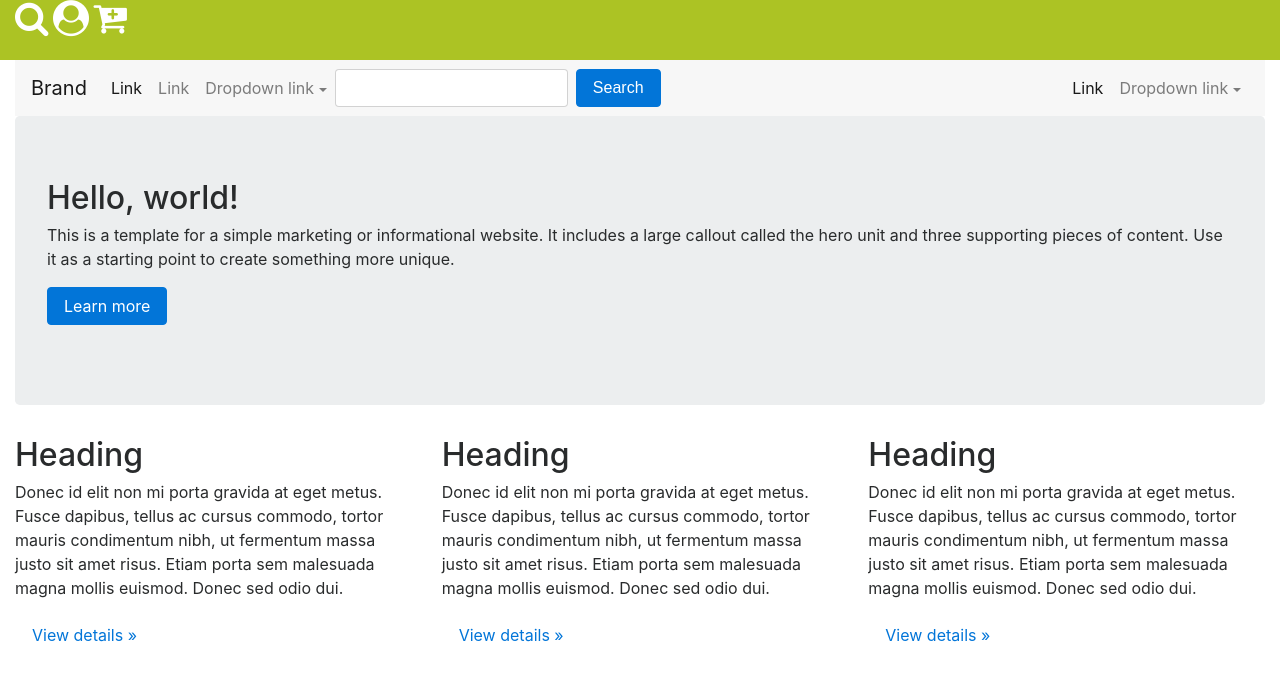
Repository: rajmohanr/mobile
Page: index.html
An editor plug-in stored every save of this project. The page is shown before and after the next save, followed by the edit.
The browser window is 1280 px wide. The pictures show the whole page.

Above is the page before, as saved 2018-03-31 11:16:13.
Console error (its wording comes from the project's code and is left out).

### index.html
<!DOCTYPE html>
<html lang="en">
  <head>
    <meta charset="utf-8">
    <meta http-equiv="X-UA-Compatible" content="IE=edge">
    <meta name="viewport" content="width=device-width, initial-scale=1">

    <title>Bootstrap 4, from LayoutIt!</title>

    <meta name="description" content="Source code generated using layoutit.com">
    <meta name="author" content="LayoutIt!">

    <link href="css/bootstrap.min.css" rel="stylesheet">
	<link href="css/style.css" rel="stylesheet">
	<link rel="stylesheet" href="https://cdnjs.cloudflare.com/ajax/libs/font-awesome/4.7.0/css/font-awesome.min.css">

  </head>
  <body>

    <div class="container-fluid">
	<div class="row">
		<div class="col-md-12">
			<div class="row">
				<div class="col-md-12 top-bar">
					<a href="#" class="top-bar-icons"><i class="fa fa-search"  style="font-size:36px;color:white;"></i></a>
					<a href="#" class="top-bar-icons"><i class="fa fa-user-circle"  style="font-size:36px;color:white;"></i></a>
					<a href="#" class="top-bar-icons"><i class="fa fa-cart-plus"  style="font-size:36px;color:white;"></i></a>
				</div>
			</div>
			<nav class="navbar navbar-toggleable-md navbar-light bg-faded">

				<button class="navbar-toggler navbar-toggler-right" type="button" data-toggle="collapse" data-target="#bs-example-navbar-collapse-1">
					<span class="navbar-toggler-icon"></span>
				</button> <a class="navbar-brand" href="#">Brand</a>
				<div class="collapse navbar-collapse" id="bs-example-navbar-collapse-1">
					<ul class="navbar-nav">
						<li class="nav-item active">
							 <a class="nav-link" href="#">Link <span class="sr-only">(current)</span></a>
						</li>
						<li class="nav-item">
							 <a class="nav-link" href="#">Link</a>
						</li>
						<li class="nav-item dropdown">
							 <a class="nav-link dropdown-toggle" href="http://example.com" id="navbarDropdownMenuLink" data-toggle="dropdown">Dropdown link</a>
							<div class="dropdown-menu" aria-labelledby="navbarDropdownMenuLink">
								 <a class="dropdown-item" href="#">Action</a> <a class="dropdown-item" href="#">Another action</a> <a class="dropdown-item" href="#">Something else here</a>
								<div class="dropdown-divider">
								</div> <a class="dropdown-item" href="#">Separated link</a>
							</div>
						</li>
					</ul>
					<form class="form-inline">
						<input class="form-control mr-sm-2" type="text">
						<button class="btn btn-primary my-2 my-sm-0" type="submit">
							Search
						</button>
					</form>
					<ul class="navbar-nav ml-md-auto">
						<li class="nav-item active">
							 <a class="nav-link" href="#">Link <span class="sr-only">(current)</span></a>
						</li>
						<li class="nav-item dropdown">
							 <a class="nav-link dropdown-toggle" href="http://example.com" id="navbarDropdownMenuLink" data-toggle="dropdown">Dropdown link</a>
							<div class="dropdown-menu dropdown-menu-right" aria-labelledby="navbarDropdownMenuLink">
								 <a class="dropdown-item" href="#">Action</a> <a class="dropdown-item" href="#">Another action</a> <a class="dropdown-item" href="#">Something else here</a>
								<div class="dropdown-divider">
								</div> <a class="dropdown-item" href="#">Separated link</a>
							</div>
						</li>
					</ul>
				</div>
			</nav>
			<div class="jumbotron">
				<h2>
					Hello, world!
				</h2>
				<p>
					This is a template for a simple marketing or informational website. It includes a large callout called the hero unit and three supporting pieces of content. Use it as a starting point to create something more unique.
				</p>
				<p>
					<a class="btn btn-primary btn-large" href="#">Learn more</a>
				</p>
			</div>
		</div>
	</div>
	<div class="row">
		<div class="col-md-4">
			<h2>
				Heading
			</h2>
			<p>
				Donec id elit non mi porta gravida at eget metus. Fusce dapibus, tellus ac cursus commodo, tortor mauris condimentum nibh, ut fermentum massa justo sit amet risus. Etiam porta sem malesuada magna mollis euismod. Donec sed odio dui.
			</p>
			<p>
				<a class="btn" href="#">View details »</a>
			</p>
		</div>
		<div class="col-md-4">
			<h2>
				Heading
			</h2>
			<p>
				Donec id elit non mi porta gravida at eget metus. Fusce dapibus, tellus ac cursus commodo, tortor mauris condimentum nibh, ut fermentum massa justo sit amet risus. Etiam porta sem malesuada magna mollis euismod. Donec sed odio dui.
			</p>
			<p>
				<a class="btn" href="#">View details »</a>
			</p>
		</div>
		<div class="col-md-4">
			<h2>
				Heading
			</h2>
			<p>
				Donec id elit non mi porta gravida at eget metus. Fusce dapibus, tellus ac cursus commodo, tortor mauris condimentum nibh, ut fermentum massa justo sit amet risus. Etiam porta sem malesuada magna mollis euismod. Donec sed odio dui.
			</p>
			<p>
				<a class="btn" href="#">View details »</a>
			</p>
		</div>
	</div>
	<div class="row">
		<div class="col-md-12">
		</div>
	</div>
</div>

    <script src="js/jquery.min.js"></script>
    <script src="js/bootstrap.min.js"></script>
    <script src="js/scripts.js"></script>
  </body>
</html>

### css/style.css
.top-bar{
    height: 60px;
    background-color: #acc324;
}

Loaded but not shown: css/bootstrap.min.css (library); js/jquery.min.js (library); js/bootstrap.min.js (library); js/scripts.js (common file)

After the next save:
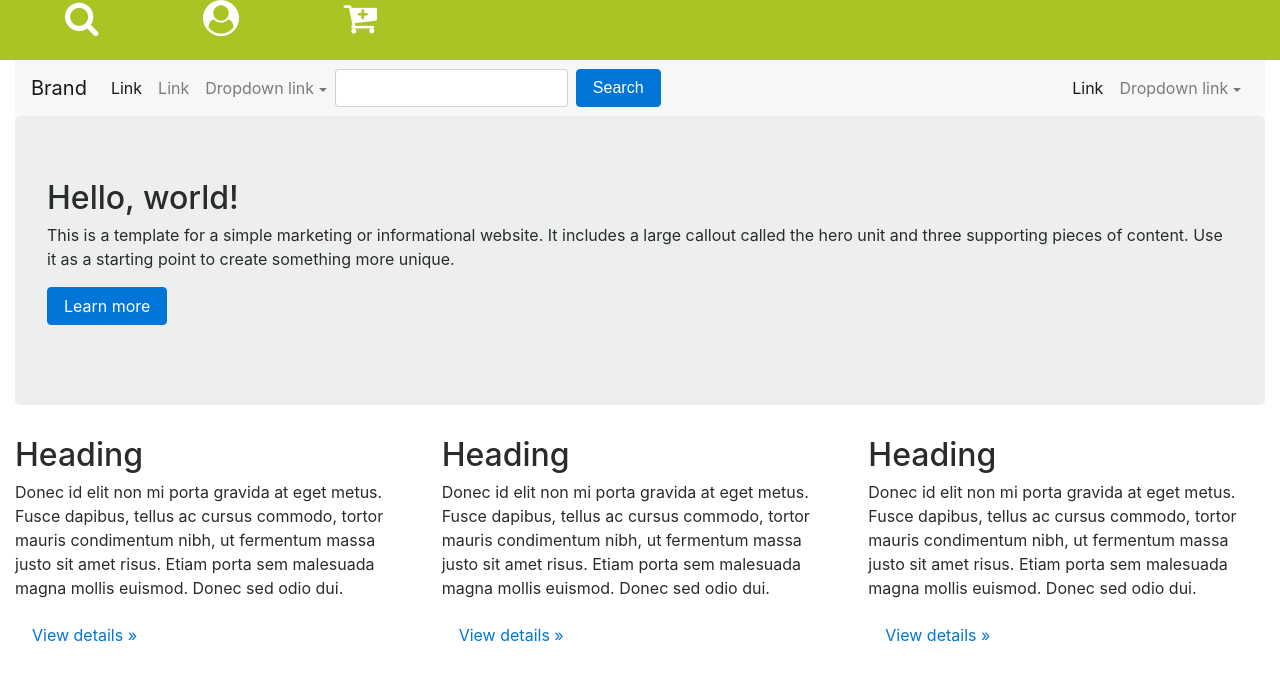
Saved 21 s later.
--- a/css/style.css
+++ b/css/style.css
@@ -2,3 +2,8 @@
     height: 60px;
     background-color: #acc324;
 }
+
+.top-bar-icons{
+    padding:25px;
+    margin: 25px;
+}

After the save that followed:
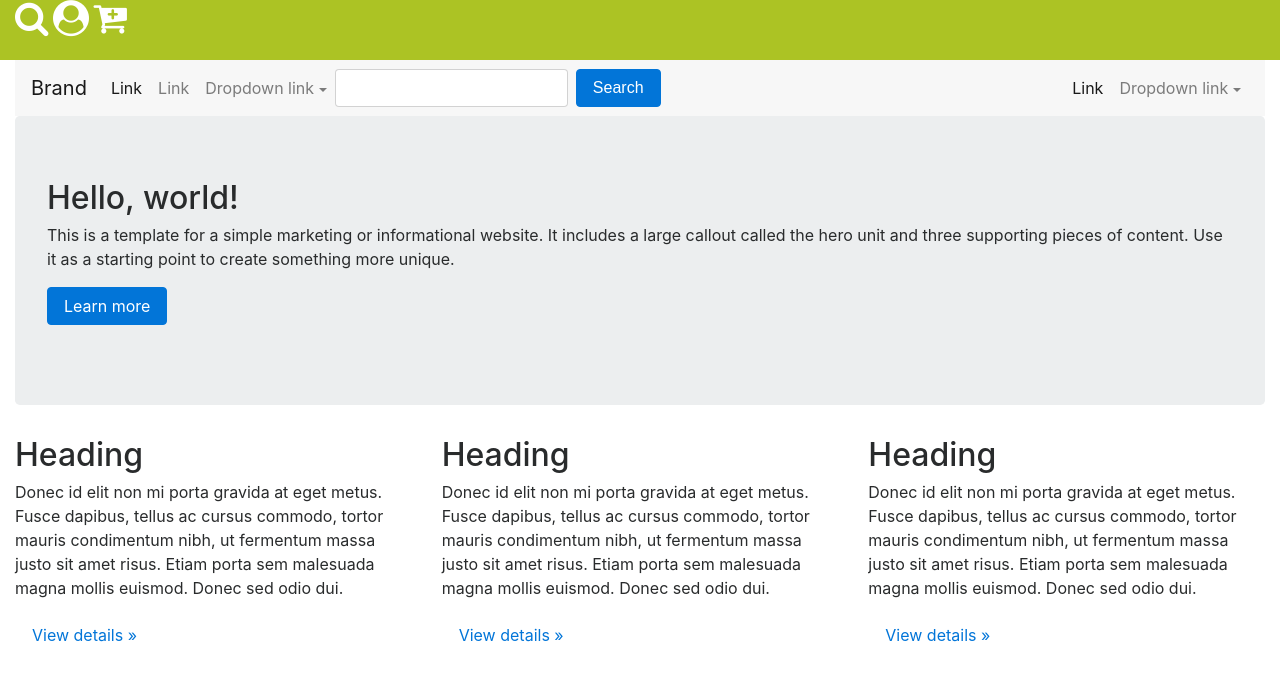
Saved 92 s later.
--- a/css/style.css
+++ b/css/style.css
@@ -4,6 +4,5 @@
 }
 
 .top-bar-icons{
-    padding:25px;
-    margin: 25px;
+
 }
